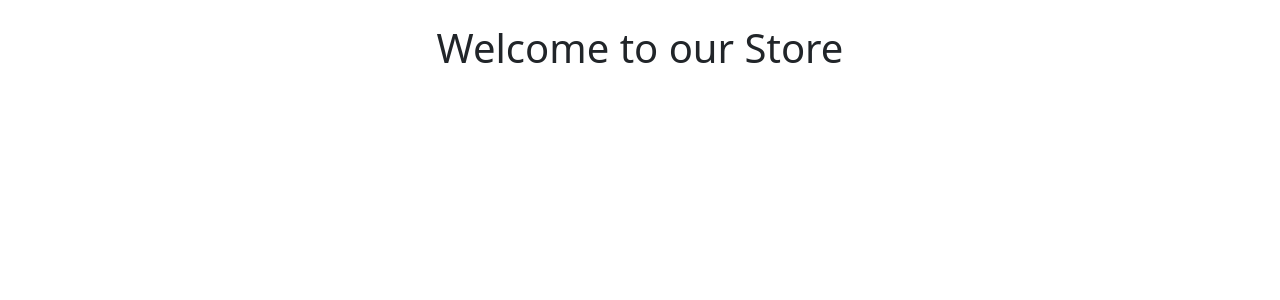
Repository: chamidukeshika/Spring-MVC-My-SQL-CRUD
Page: store/src/main/resources/static/index.html
These files come from the project's save history. The page is drawn as it stood at one moment and after the next save; the edit follows.
The browser window is 1280 px wide. The pictures show the whole page.

Above is the page before, as saved 2024-07-10 10:45:02.

After the next save:
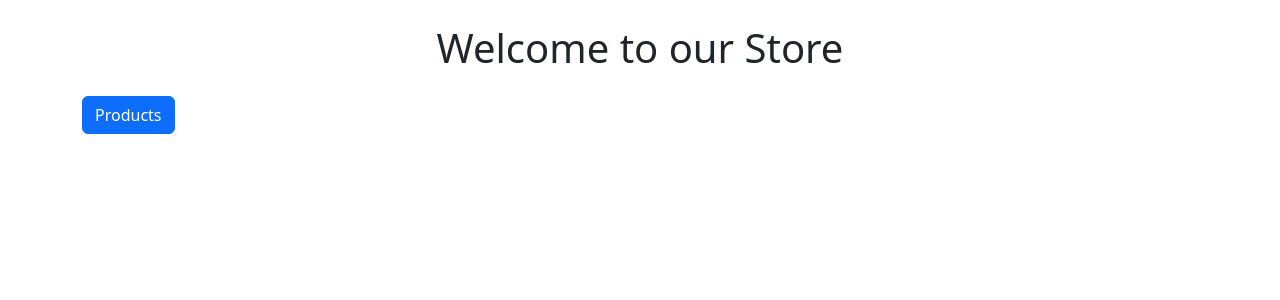
Saved 34 s later.
--- a/store/src/main/resources/static/index.html
+++ b/store/src/main/resources/static/index.html
@@ -9,7 +9,7 @@
   <body>
    <div class="container">
    <h1 class="text-center my-4">Welcome to our Store</h1>
-   <a></a>
+   <a class="btn btn-primary" href="/products"> Products</a>
    </div>
     <script src="https://cdn.jsdelivr.net/npm/bootstrap@5.3.3/dist/js/bootstrap.bundle.min.js" integrity="sha384-YvpcrYf0tY3lHB60NNkmXc5s9fDVZLESaAA55NDzOxhy9GkcIdslK1eN7N6jIeHz" crossorigin="anonymous"></script>
   </body>
